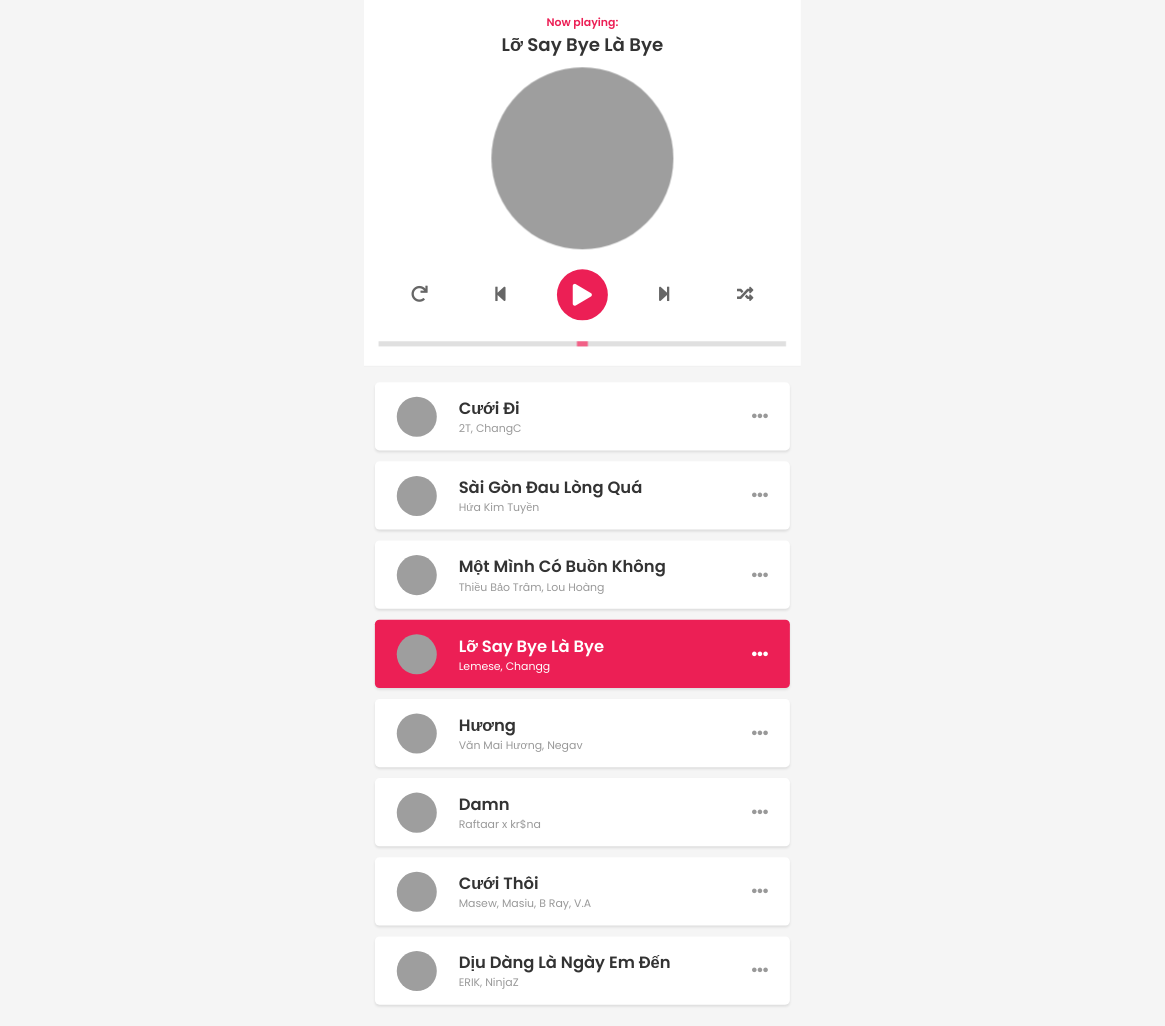
Repository: esplen74/Music
Page: music.html
These files come from the project's save history. The page is drawn as it stood at one moment and after the next save; the edit follows.
The browser window is 1280 px wide. The pictures show the whole page, at 91% of full size.
Pictures or frames that could not be fetched are drawn as grey boxes.

Above is the page before, as saved 2021-11-02 15:24:00.

After the next save:
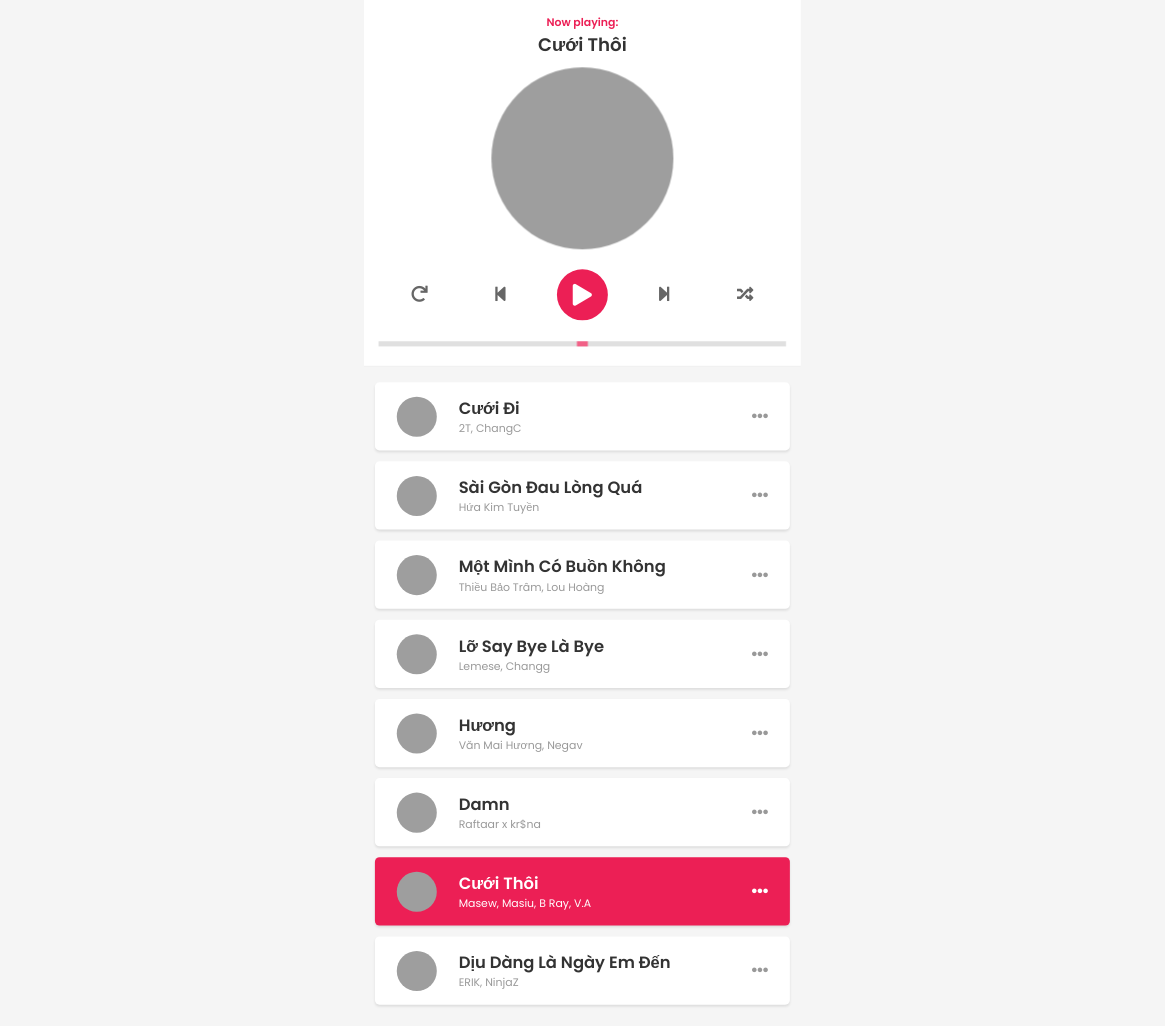
Saved 2 min 53 s later.
--- a/music.js
+++ b/music.js
@@ -25,7 +25,7 @@ const btnRandom = $(".btn-random");
 const btnRepeat = $(".btn-repeat");
 
 const app = {
-  currentIndex: 3,
+  currentIndex: 6,
   songs: [
     {
       name: "Cưới Đi",
